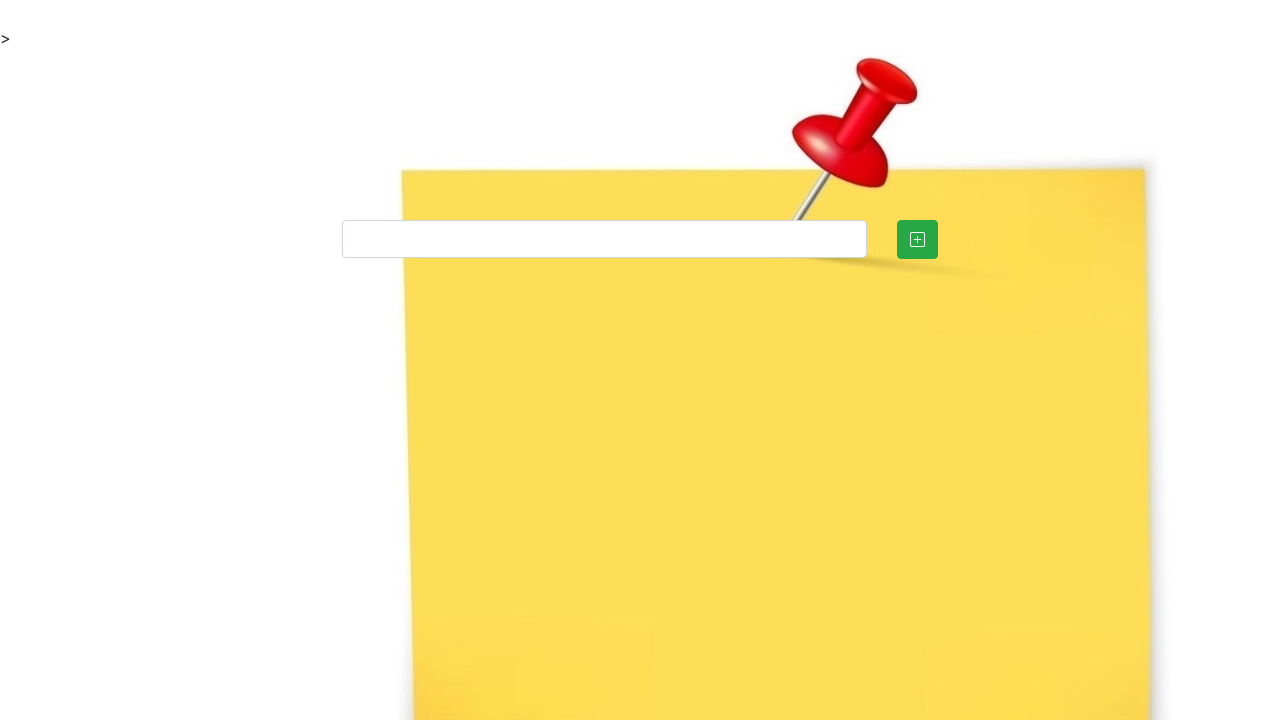
Repository: walaaElbasha/Todo-list-laravel
Page: http://localhost/tasks
An editor plug-in stored every save of this project. The page is shown before and after the next save, followed by the edit.
The browser window is 1280 px wide. The pictures show the whole page.
The page is served by the project's Laravel application, run on PHP 8.4 with Laravel 8. Other server files are loaded and not shown. Style sheets and scripts are compiled from the project's sources, by tool versions that may differ from the author's. Queries for data that is not in the repository find no rows.

Above is the page before, as saved 2021-07-01 18:18:35.

### routes/web.php
<?php

use Illuminate\Support\Facades\Route;
use App\Http\Controllers\TaskController;
/*
|--------------------------------------------------------------------------
| Web Routes
|--------------------------------------------------------------------------
|
| Here is where you can register web routes for your application. These
| routes are loaded by the RouteServiceProvider within a group which
| contains the "web" middleware group. Now create something great!
|
*/

Route::get('/', function () {
    return view('welcome');
});

Route::get('/tasks', [TaskController::class, 'index'])->name('tasks.index');
Route::post('/tasks', [TaskController::class, 'store'])->name('tasks.store');
Route::get('/tasks/{task}/edit', [TaskController::class, 'edit'])->name('tasks.edit');
Route::put('/tasks/{task}', [TaskController::class, 'update'])->name('tasks.update');
Route::delete('/tasks/{task}', [TaskController::class, 'destroy'])->name('tasks.destroy');

Route::get('/register',[RegistrationController::class, 'destroy'])->name('registration.create');
Route::get('/register', [RegistrationController::class, 'destroy'])->name('registration.store');
// Route::get('/login', [SessionsControlle::class, 'destroy'])->name('registration.create');
// Route::get('/login', [SessionsControlle::class, 'destroy'])->name('registration.store');
// Route::get('/logout',[SessionsControlle::class, 'destroy'])->name('registration.destroy');



// 'RegistrationController@create');
// Route::post('register', 'RegistrationController@store');

// Route::get('/login', 'SessionsController@create');
// Route::post('/login', 'SessionsController@store');
// Route::get('/logout', 'SessionsController@destroy');

### app/Http/Controllers/TaskController.php
<?php

namespace App\Http\Controllers;
use Illuminate\Http\Request;
use App\Http\Requests\TaskRequest;
use App\Models\Task;
use Illuminate\Support\Facades\Auth;


class TaskController extends Controller

{
    public function index()
    {
        $allTasks = Task::paginate(4);
        //find by user id
        return view('tasks.index', [
            'allTasks' => $allTasks
        ]);
    }

    public function edit($taskId)
    {
        $task = Task::find($taskId);
        return view('tasks.edit', [
            'task' => $task,
        ]);
    }
    public function update($taskId, TaskRequest $request)
    {
        // $requestData = $request->all();
        // $task = Task::find($taskId);
        // $task->update($requestData);
        // $task->save();
        $requestData = $request->all();
        $task = Task::find($taskId);
        $task->update($requestData);
        $task->save();
        return redirect()->route('tasks.index')->with('success', "TODO updated successfully!");
    }

    public function destroy($taskId)
    {

        $task = Task::findorfail($taskId);

        $task->delete();
        return redirect()->route('tasks.index');
    }



    public function store(TaskRequest $request)
    {

        // $requestData = $request->all();
        // Task::create($requestData);

       // $userId =Auth::id();
        $task = new Task;
        $task->name = $request->name;
       // $task->user_id= $userId;

        $task->
        $task->save();

        return redirect()->route('tasks.index');
    }

}

### app/Models/Task.php
<?php

namespace App\Models;

use Illuminate\Database\Eloquent\Factories\HasFactory;
use Illuminate\Database\Eloquent\Model;

class Task extends Model
{
    use HasFactory;
    protected $fillable = ['name'];
}

### resources/views/tasks/index.blade.php
@extends('layouts.app')

@section('content')

<!-- Bootstrap Boilerplate... -->

<div style="height:10px">
@if($errors->any())
<div class="alert alert-danger w-25">
    <ul>
        @foreach ($errors->all() as $error)
        <li>{{ $error }}</li>
        @endforeach
    </ul>
</div>
@endif
</div>

<body style="background-image: url('sticky.jpg')  ; background-repeat: no-repeat;
  background-size: 1400px 950px;">>

    <div class="container">

        <!-- Display Validation Errors -->

        <div style="margin-top:154px; margin-left:210px">
            <table>
                <ul>
                    @foreach($allTasks as $task)


                    <tr>
                        <td style="width:590px">
                            <div style="display:flex">
                                <!-- <div style="justify-content:flex-start"> -->
                                <li>
                                    {{ $task->name}}

                                </li>
                        </td>
                        <td>
                            <!-- </div> -->
                            <div style="justify-content:flex-end">

                                <a href="{{ route('tasks.edit',['task' => $task['id']]) }}" class="btn btn-secondary mt-4"><i class="bi bi-pencil-square"></i>


                                </a>

                                <form style="display:inline" method="POST" action="{{route('tasks.destroy',['task' => $task['id']])}}">
                                    @csrf
                                    @method('DELETE')
                                    <button onclick="return confirm('Are you sure?')" class="btn btn-danger mt-4" type="submit"><i class="bi bi-trash-fill"></i></button>
                                </form>
                            </div>
        </div>
        <br>
        </td>

        </tr>


        @endforeach
        </ul>
        </table>
        <!-- New Task Form -->
    </div>
    <form action="{{ route('tasks.store') }}" method="POST" class="form-horizontal">
        @csrf

        <!-- Task Name -->
        <div class="form-group">
            <div class="text-center" style="display:flex; justify-content:center; align-items:center">
                {{$allTasks->links("pagination::bootstrap-4")}}

            </div>

            <div style="display:flex; justify-content:center; align-items:center">
                <div class="col-sm-6">
                    <input type="text" name="name" id="name" class="form-control">
                </div>

                <div class="form-group">
                    <div class="col-sm-offset-3 col-sm-6">
                        <button type="submit" class="btn btn-success mt-3">
                            <span style="font-size:15px"><i class="bi bi-plus-square"></i> </span>
                        </button>
                    </div>
                </div>
            </div>
        </div>
    </form>
    </div>
</body>


<!-- TODO: Current Tasks -->
@endsection

### resources/views/layouts/app.blade.php
<!DOCTYPE html>
<html lang="en">

<head>
    <meta charset="utf-8">
    <meta name="viewport" content="width=device-width, initial-scale=1">

    <!-- CSRF Token -->
    <meta name="csrf-token" content="{{ csrf_token() }}">

    <title>{{ config('app.name', 'All Tasks') }}</title>

    <!-- Scripts -->
    <script src="{{ asset('js/app.js') }}" defer></script>

    <!-- Fonts -->
    <link rel="dns-prefetch" href="//fonts.gstatic.com">
    <link href="https://fonts.googleapis.com/css?family=Nunito" rel="stylesheet">

    <!-- Styles -->
    <link href="{{ asset('css/app.css') }}" rel="stylesheet">
    <link rel="stylesheet" href="https://cdn.jsdelivr.net/npm/bootstrap@4.6.0/dist/css/bootstrap.min.css" integrity="sha384-B0vP5xmATw1+K9KRQjQERJvTumQW0nPEzvF6L/Z6nronJ3oUOFUFpCjEUQouq2+l" crossorigin="anonymous">
    <link rel="stylesheet" href="path/to/font-awesome/css/font-awesome.min.css">
    <link rel="stylesheet" href="https://cdn.jsdelivr.net/npm/bootstrap-icons@1.5.0/font/bootstrap-icons.css">
</head>


<body style="background-image: url('sticky.jpg')  ; background-repeat: no-repeat;
  background-size: 1400px 950px;">
    <div class="container">
        <nav class="navbar navbar-default">
            <!-- Navbar Contents -->
        </nav>
    </div>

    @yield('content')

</body>

</html>

Loaded but not shown: app/Http/Controllers/Controller.php (common file); resources/sass/app.scss (common file); resources/sass/_variables.scss (common file)

After the next save:
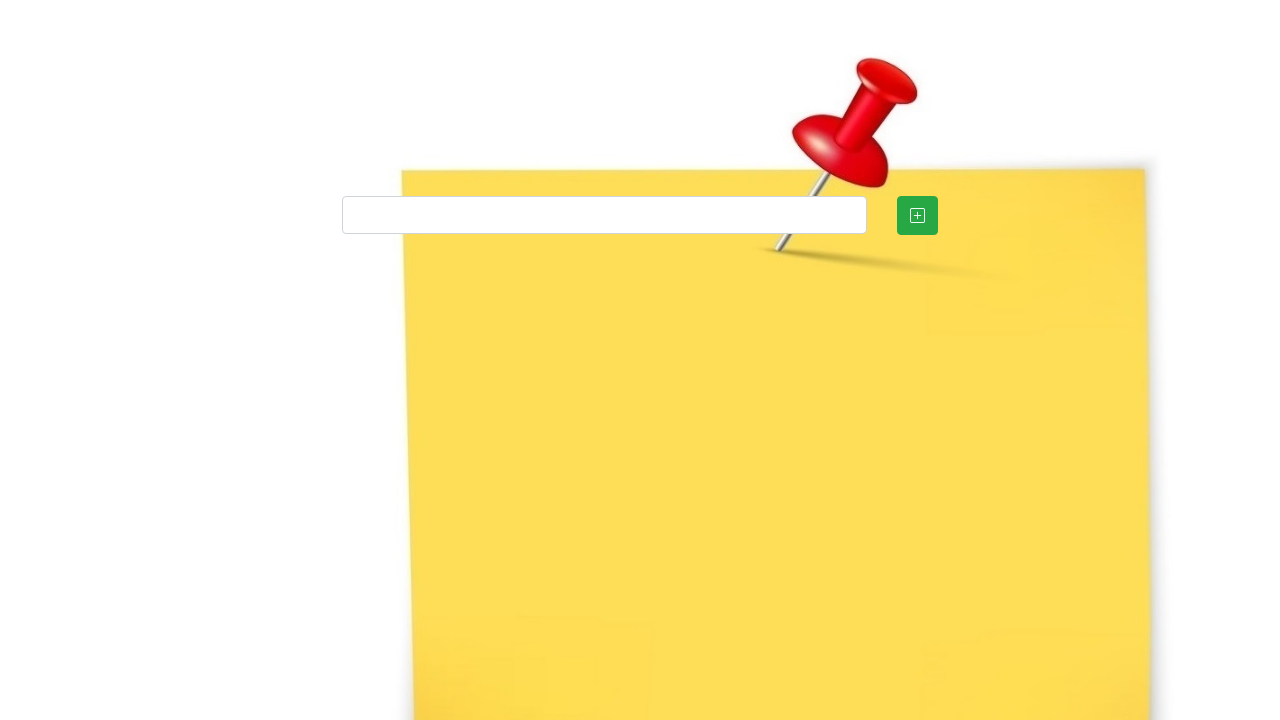
Saved 12 s later.
--- a/resources/views/tasks/index.blade.php
+++ b/resources/views/tasks/index.blade.php
@@ -17,7 +17,7 @@
 </div>
 
 <body style="background-image: url('sticky.jpg')  ; background-repeat: no-repeat;
-  background-size: 1400px 950px;">>
+  background-size: 1400px 950px;">
 
     <div class="container">
 
